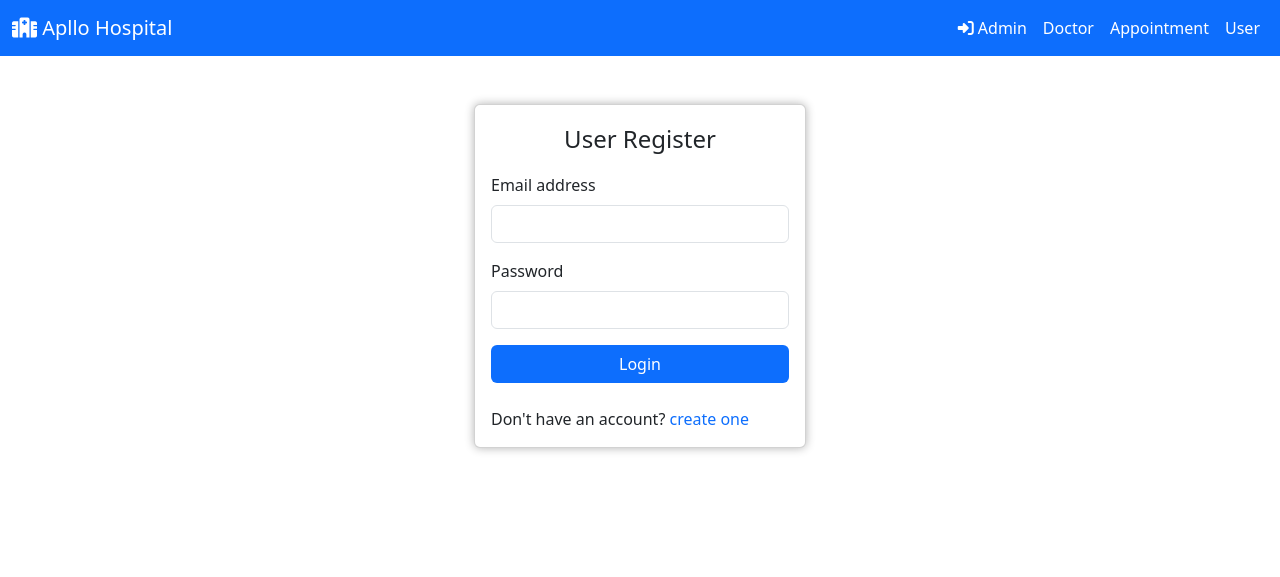
Repository: Subhadip09/Hospital-Management-System
Page: http://localhost/Hospital-Management-System/user_signup.jsp
These files come from the project's save history. The page is drawn as it stood at one moment and after the next save; the edit follows.
The browser window is 1280 px wide. The pictures show the whole page.
The page is served by Tomcat 9. Other server files are loaded and not shown.

Above is the page before, as saved 2024-04-06 05:49:19.

### Hospital-Management-System/src/main/webapp/user_signup.jsp
<%@ page language="java" contentType="text/html; charset=UTF-8"
    pageEncoding="UTF-8"%>
<!DOCTYPE html>
<html>
<head>
<meta charset="UTF-8">
<title>User Signup Page</title>
<%@include file="component/allcss.jsp"%>

<style type="text/css">
.paint-card {
	box-shadow: 0 0 10px 0 rgba(0, 0, 0, 0.3);
}
</style>

</head>
<body>
	<%@include file="component/navbar.jsp"%>

	<div class="container p-5">
		<div class="row">
			<div class="col-md-4 offset-md-4">
				<div class="card paint-card">
					<div class="card-body">
						<p class="fs-4 text-center">User Register</p>

						<form action="#" method="post">
							<div class="mb-3">
								<label class="form-label">Email address</label> <input required
									name="email" type="email" class="form-control">
							</div>

							<div class="mb-3">
								<label class="form-label">Password</label> <input required
									name="password" type="password" class="form-control">
							</div>

							<button type="submit" class="btn bg-primary text-white col-md-12">Login</button>
						</form>

						<br>
						Don't have an account?
						<a href="signup.jsp" class="text-decoration-none">create one</a>

					</div>
				</div>
			</div>
		</div>
	</div>

</body>
</html>

### Hospital-Management-System/src/main/webapp/component/allcss.jsp
<link
	href="https://cdn.jsdelivr.net/npm/bootstrap@5.3.3/dist/css/bootstrap.min.css"
	rel="stylesheet"
	integrity="sha384-QWTKZyjpPEjISv5WaRU9OFeRpok6YctnYmDr5pNlyT2bRjXh0JMhjY6hW+ALEwIH"
	crossorigin="anonymous">

<link rel="stylesheet"
	href="https://cdnjs.cloudflare.com/ajax/libs/font-awesome/6.5.2/css/all.min.css"
	integrity="sha512-SnH5WK+bZxgPHs44uWIX+LLJAJ9/2PkPKZ5QiAj6Ta86w+fsb2TkcmfRyVX3pBnMFcV7oQPJkl9QevSCWr3W6A=="
	crossorigin="anonymous" referrerpolicy="no-referrer" />

<script
	src="https://cdn.jsdelivr.net/npm/bootstrap@5.3.3/dist/js/bootstrap.bundle.min.js"
	integrity="sha384-YvpcrYf0tY3lHB60NNkmXc5s9fDVZLESaAA55NDzOxhy9GkcIdslK1eN7N6jIeHz"
	crossorigin="anonymous"></script>

### Hospital-Management-System/src/main/webapp/component/navbar.jsp
<nav class="navbar navbar-expand-lg navbar-dark bg-primary">
	<div class="container-fluid">
		<a class="navbar-brand" href="index.jsp"><i class="fa-solid fa-hospital"></i> Apllo Hospital</a>
		<button class="navbar-toggler" type="button" data-bs-toggle="collapse"
			data-bs-target="#navbarSupportedContent"
			aria-controls="navbarSupportedContent" aria-expanded="false"
			aria-label="Toggle navigation">
			<span class="navbar-toggler-icon"></span>
		</button>
		<div class="collapse navbar-collapse" id="navbarSupportedContent">
			<ul class="navbar-nav ms-auto mb-2 mb-lg-0">

				<li class="nav-item"><a class="nav-link active"
					aria-current="page" href="admin_login.jsp"><i class="fa-solid fa-right-to-bracket"></i> Admin</a></li>

				<li class="nav-item"><a class="nav-link active"
					aria-current="page" href="doctor_login.jsp">Doctor</a></li>

				<li class="nav-item"><a class="nav-link active"
					aria-current="page" href="#">Appointment</a></li>

				<li class="nav-item"><a class="nav-link active"
					aria-current="page" href="user_login.jsp">User</a></li>


				<!-- <li class="nav-item dropdown"><a
					class="nav-link dropdown-toggle" href="#" role="button"
					data-bs-toggle="dropdown" aria-expanded="false"> Dropdown </a>
					<ul class="dropdown-menu">
						<li><a class="dropdown-item" href="#">Action</a></li>
						<li><a class="dropdown-item" href="#">Another action</a></li>
						<li><hr class="dropdown-divider"></li>
						<li><a class="dropdown-item" href="#">Something else here</a></li>
					</ul></li> -->


			</ul>
		</div>
	</div>
</nav>

After the next save:
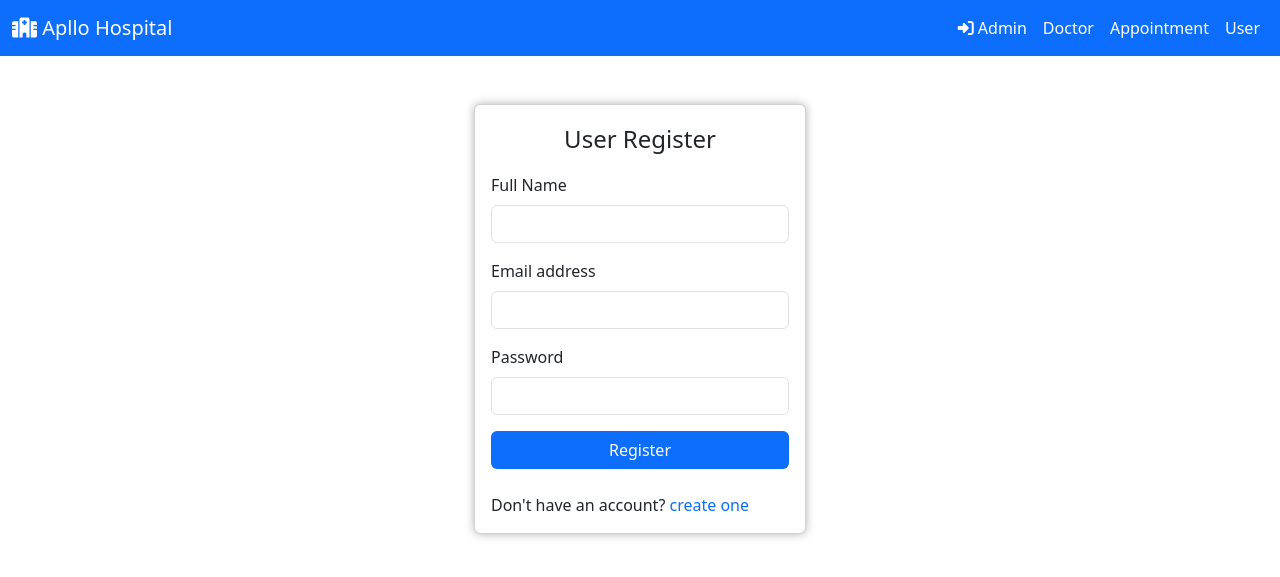
Saved 41 s later.
--- a/Hospital-Management-System/src/main/webapp/user_signup.jsp
+++ b/Hospital-Management-System/src/main/webapp/user_signup.jsp
@@ -1,5 +1,5 @@
 <%@ page language="java" contentType="text/html; charset=UTF-8"
-    pageEncoding="UTF-8"%>
+	pageEncoding="UTF-8"%>
 <!DOCTYPE html>
 <html>
 <head>
@@ -26,6 +26,11 @@
 
 						<form action="#" method="post">
 							<div class="mb-3">
+								<label class="form-label">Full Name</label> <input required
+									name="email" type="email" class="form-control">
+							</div>
+
+							<div class="mb-3">
 								<label class="form-label">Email address</label> <input required
 									name="email" type="email" class="form-control">
 							</div>
@@ -35,12 +40,11 @@
 									name="password" type="password" class="form-control">
 							</div>
 
-							<button type="submit" class="btn bg-primary text-white col-md-12">Login</button>
+							<button type="submit" class="btn bg-primary text-white col-md-12">Register</button>
 						</form>
 
-						<br>
-						Don't have an account?
-						<a href="signup.jsp" class="text-decoration-none">create one</a>
+						<br> Don't have an account? <a href="signup.jsp"
+							class="text-decoration-none">create one</a>
 
 					</div>
 				</div>
